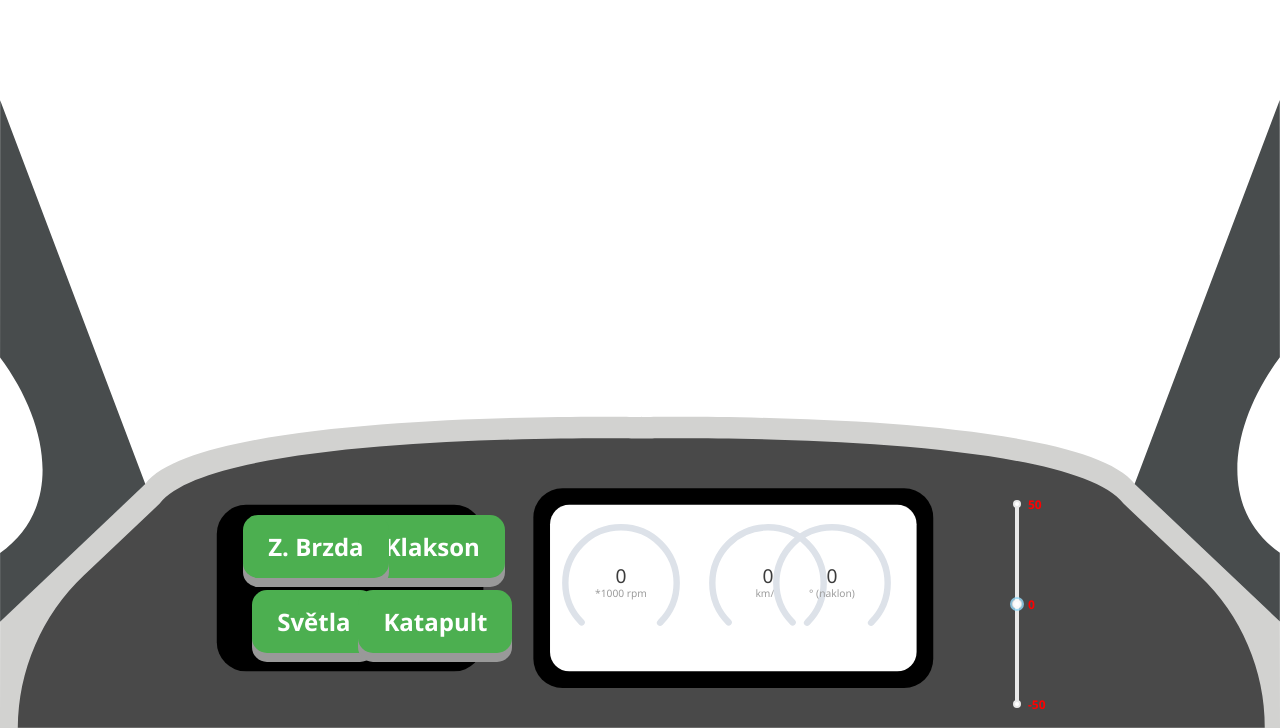
Repository: matyasvelc/train
Page: / (app in frontend/)
The author's editor kept a copy of each file at every save. The page is drawn from the files as they stood at one save, then again after the next save.
The browser window is 1280 px wide. The page is 1288 px wide, so the pictures cover 1288 px, including what lies to the right of the window. The pictures show the whole page.
The page's requests for data from a server got no answer. The project was rebuilt for these pictures with package versions that can differ from the ones it lists, and the page was loaded fresh each time. No one was signed in, and anything a server would have sent is missing.

Above is the page before, as saved 2022-04-04 18:21:30.

After the next save:
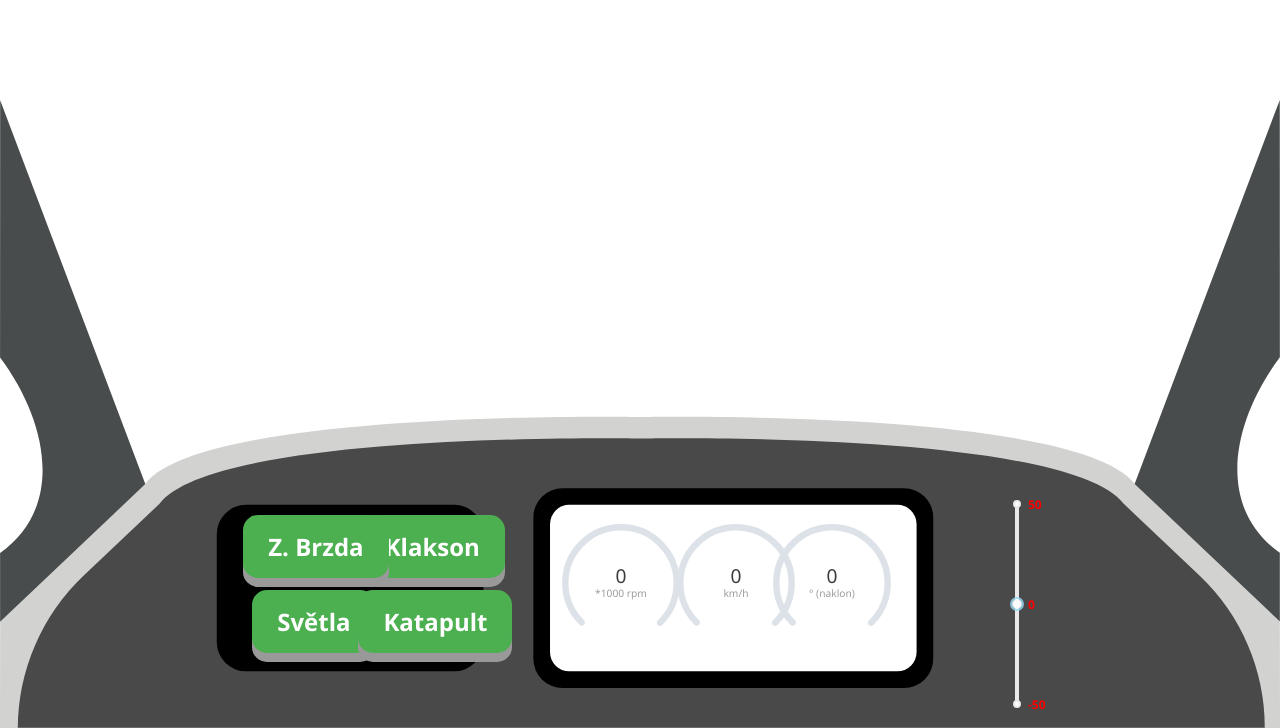
Saved 8 s later.
--- a/frontend/src/styles.css
+++ b/frontend/src/styles.css
@@ -36,7 +36,7 @@ body {
 .budik2{
   position: absolute;
   top: 71%;
-  left: 55%;
+  left: 52.5%;
   width: 10%;
 }
 .budik3{
